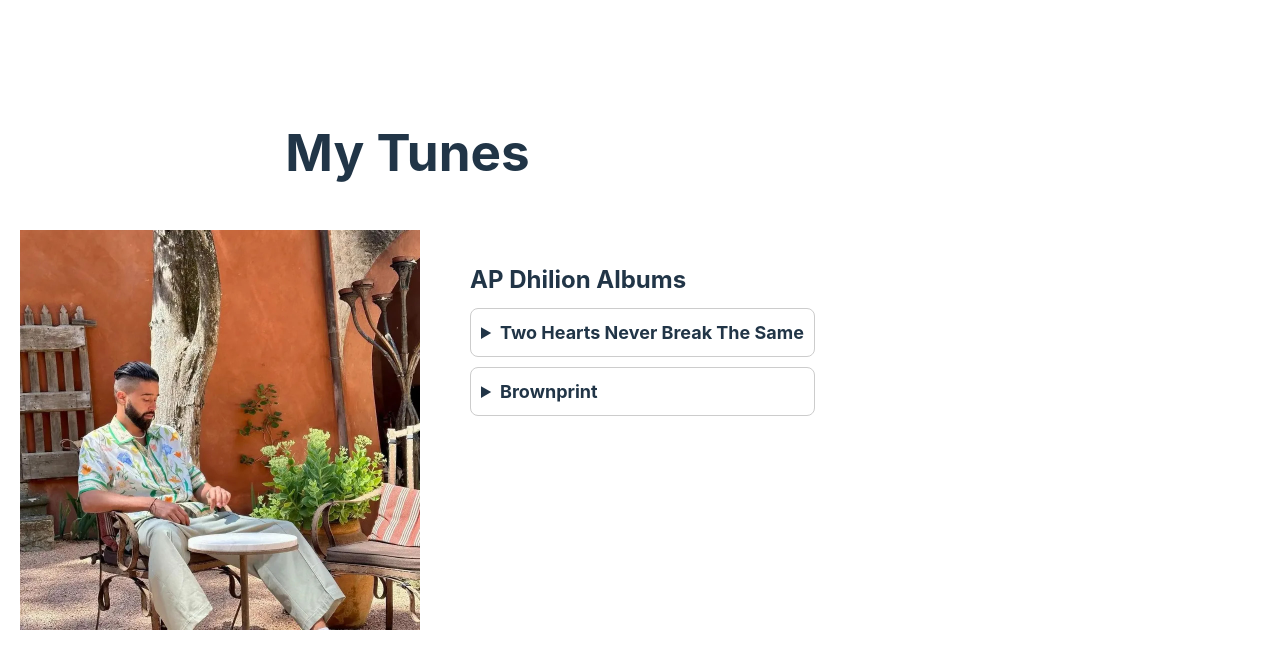
Repository: GavinPahal/my_app
Page: / (app in react/)
These files come from the project's save history. The page is drawn as it stood at one moment and after the next save; the edit follows.
The browser window is 1280 px wide. The pictures show the whole page.
The project was rebuilt for these pictures with package versions that can differ from the ones it lists, and the page was loaded fresh each time. Also part of the build but not shown: react/vite.config.js.

Above is the page before, as saved 2024-09-15 17:37:29.

After the next save:
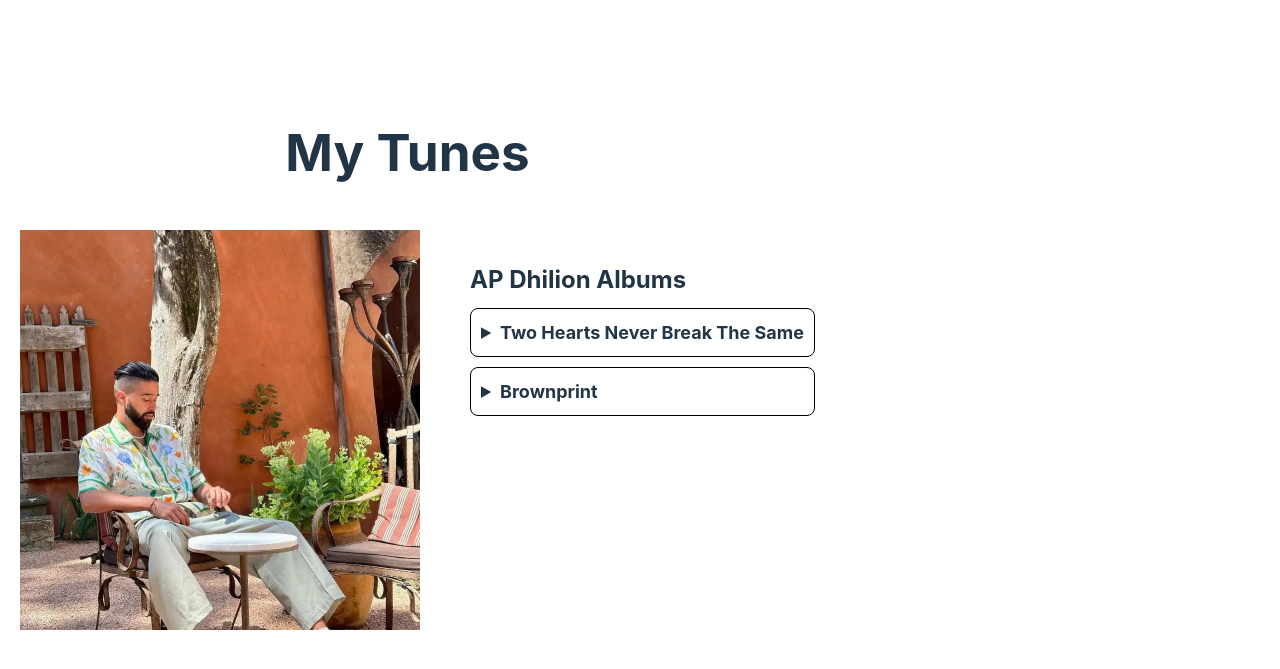
Saved 18 s later.
--- a/react/src/App.css
+++ b/react/src/App.css
@@ -18,7 +18,7 @@
 
 details {
   margin-bottom: 10px;
-  border: 1px solid #ccc;
+  border: 1px solid #000000;
   border-radius: 8px;
   padding: 10px;
 
